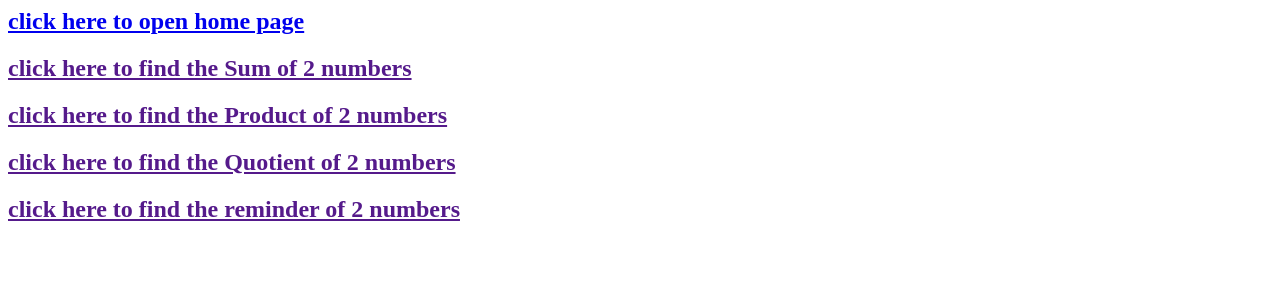
Repository: venkateshvenkeee/springprojects
Page: http://localhost/spring-mvc-demo/
An editor plug-in stored every save of this project. The page is shown before and after the next save, followed by the edit.
The browser window is 1280 px wide. The pictures show the whole page.
The page is served by Tomcat 9.

Above is the page before, as saved 2024-04-12 10:12:36.

After the next save:
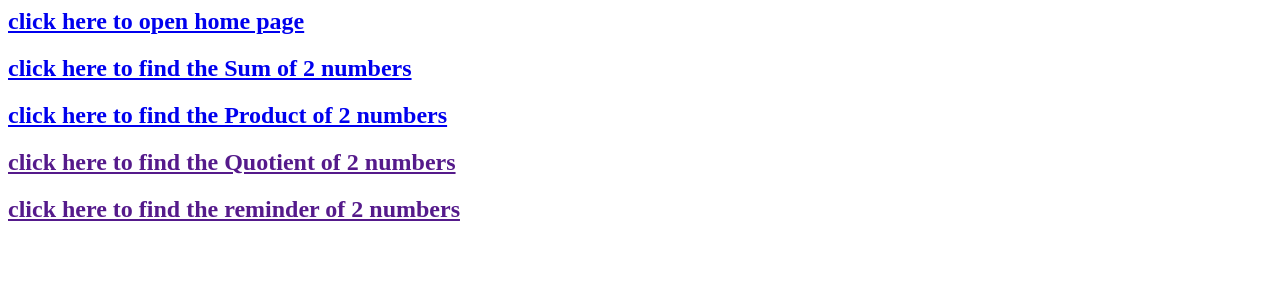
Saved 23 h 7 min later.
--- a/spring-mvc-demo/src/main/webapp/WEB-INF/views/index.jsp
+++ b/spring-mvc-demo/src/main/webapp/WEB-INF/views/index.jsp
@@ -4,10 +4,10 @@
 		<a href="open-home">click here to open home page</a>
 	</h2>
 	<h2>
-		<a href="">click here to find the Sum of 2 numbers</a>
+		<a href="open-view?view=findSum">click here to find the Sum of 2 numbers</a>
 	</h2>
 	<h2>
-		<a href="">click here to find the Product of 2 numbers</a>
+		<a href="open-view?view=findDiff">click here to find the Product of 2 numbers</a>
 	</h2>
 	<h2>
 		<a href="">click here to find the Quotient of 2 numbers</a>
